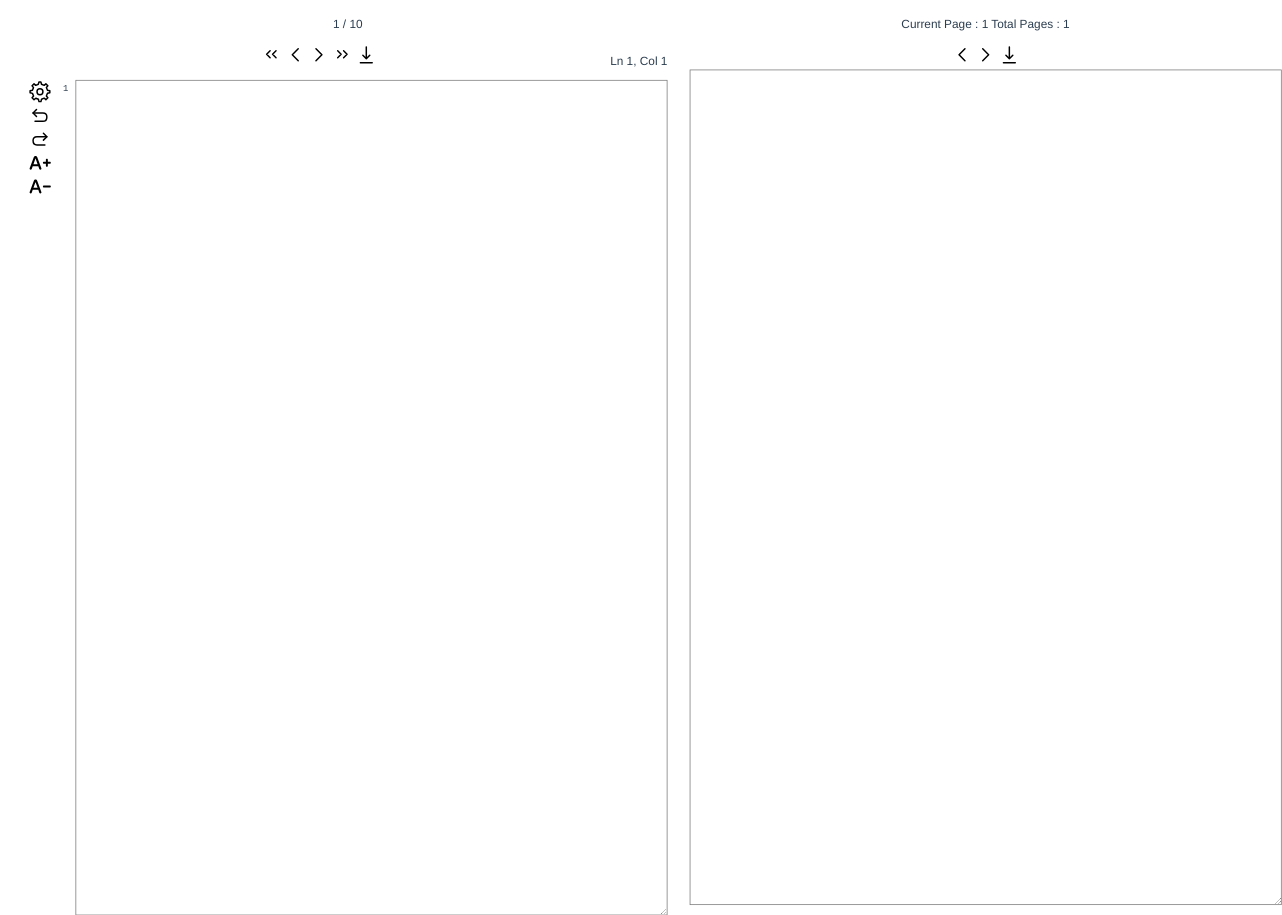
Repository: 321paranoiawhy/online-resume
Page: /
These files come from the project's save history. The page is drawn as it stood at one moment and after the next save; the edit follows.
The browser window is 1280 px wide. The page is 1732 px wide, so the pictures cover 1732 px, including what lies to the right of the window. The pictures show the whole page, at 74% of full size.
The project was rebuilt for these pictures with package versions that can differ from the ones it lists, and the page was loaded fresh each time. Also part of the build but not shown: vue.config.js, src/components/Header.vue, src/components/Introduction.vue, src/components/Footer.vue.

Above is the page before, as saved 2022-05-29 15:51:11.

After the next save:
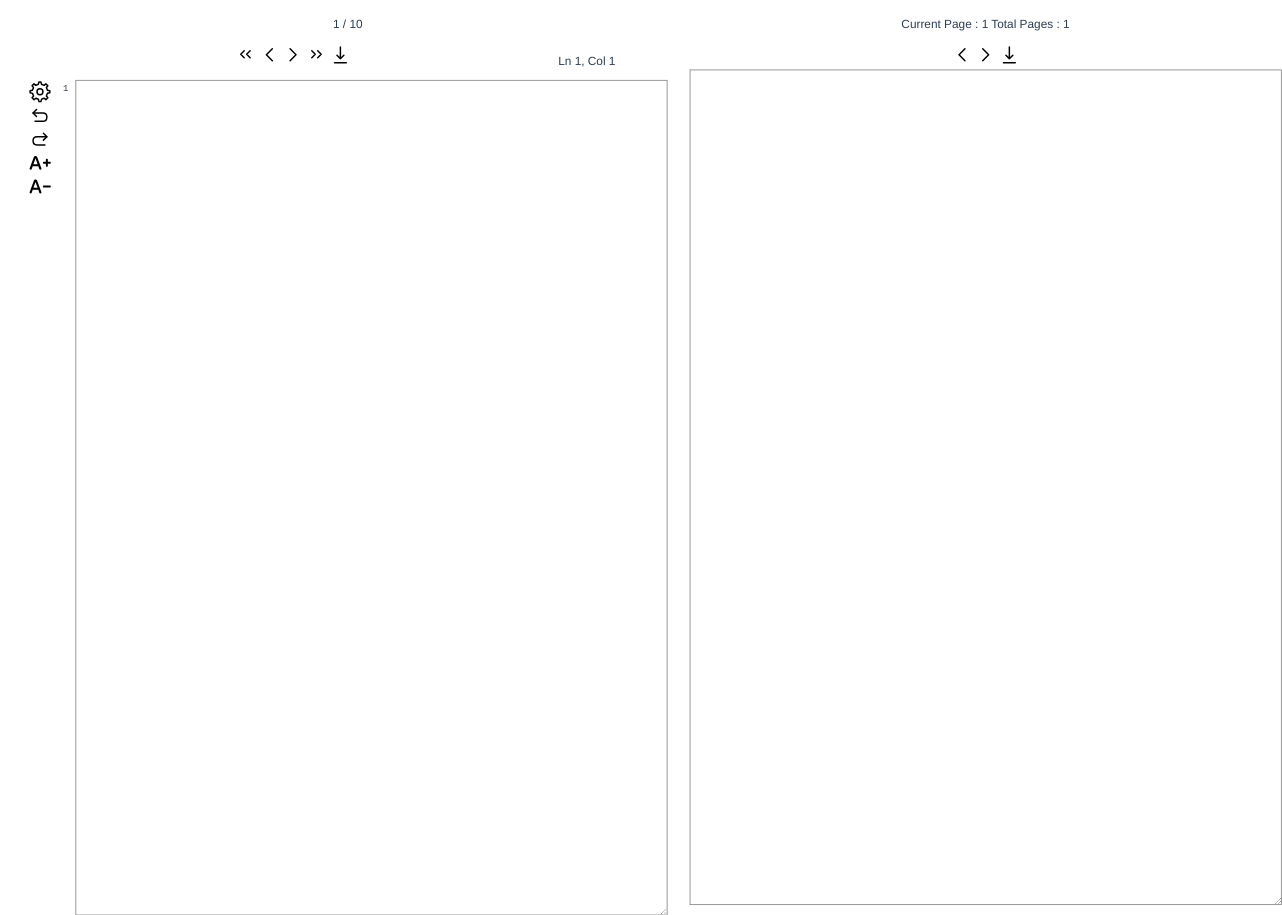
Saved 47 s later.
--- a/src/components/LeftInput.vue
+++ b/src/components/LeftInput.vue
@@ -139,6 +139,7 @@ export default {
     }
     & div.top-flex {
         display: flex;
+        width: 210mm;
         justify-content: center;
         & div {
             flex-grow: 1;
